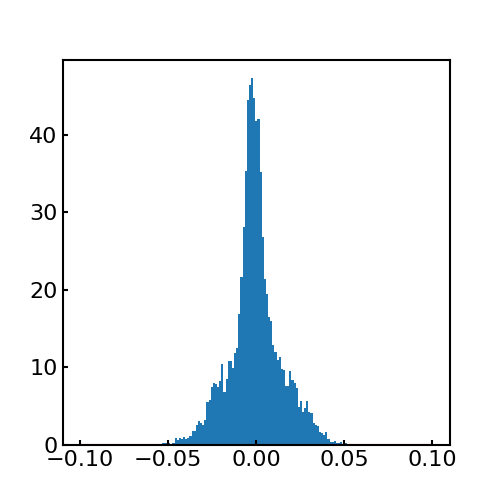
Repository: nishimuraHikar/PythonShowGraph
Script's output: python main.py
The author's editor kept a copy of each file at every save. The script's output is drawn from the files as they stood at one save, then again after the next save.
Random numbers start from a fixed seed.

Above is the script's output before, as saved 2022-03-03 02:22:45.

After the next save:
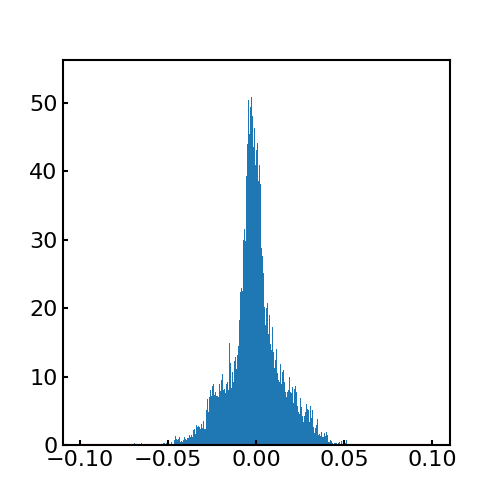
Saved 24 s later.
--- a/main.py
+++ b/main.py
@@ -13,4 +13,4 @@ predictdatay = graph.ReadColumn(datafile, 4)
 # graph.graph_1data(timedata, rawdata, "Raw Data")
 # graph.graph_2data(timedata, rawdata, predictdata, "Raw Data", "Predict Data")
 # graph.multiplot_2and1(timedata, forcedatax, predictdatax, forcedatay,predictdatay, "Actual X", "Predict X", "Actual Y", "Predict Y")
-graph.histgram(forcedatax-predictdatax, 100, 100)
+graph.histgram(forcedatax-predictdatax, 1000, 100)
